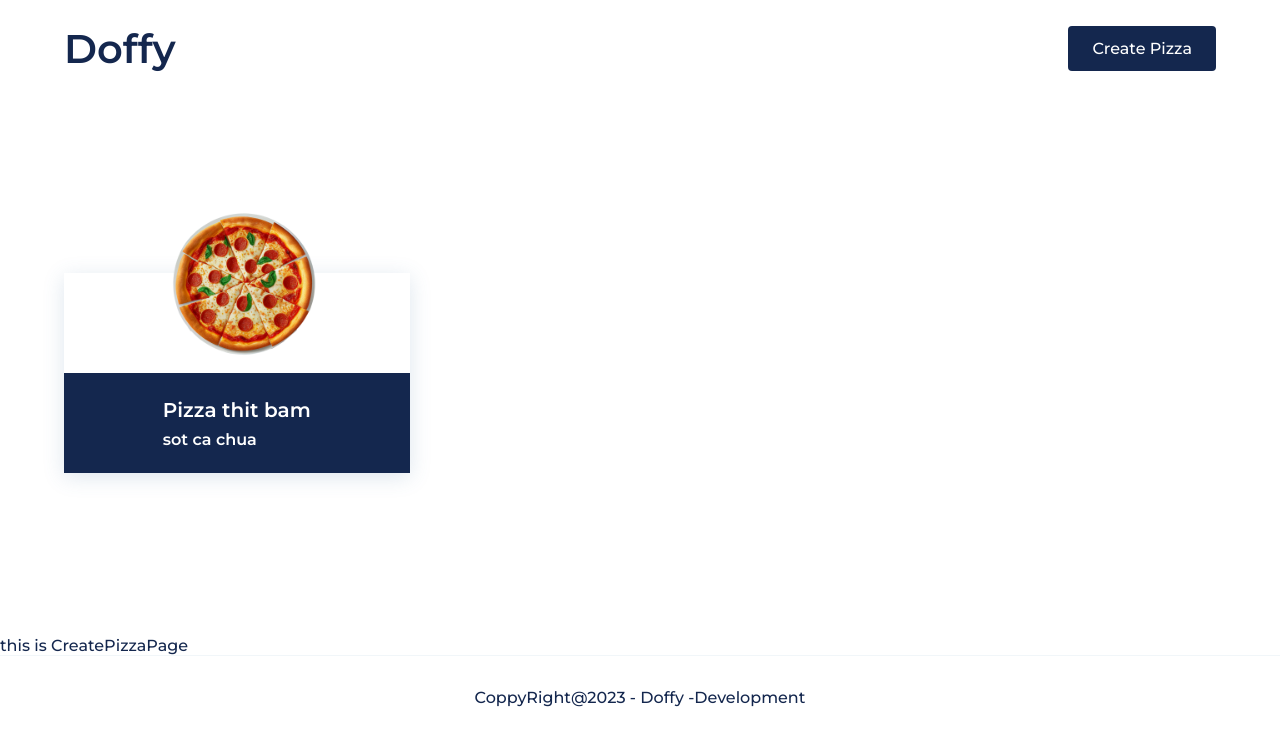
Repository: 16-Doffy/Pizza-Store
Page: /
The author's editor kept a copy of each file at every save. The page is drawn from the files as they stood at one save, then again after the next save.
The browser window is 1280 px wide. The pictures show the whole page.
An inner scrolling area shows only its first screen. The project was rebuilt for these pictures with package versions that can differ from the ones it lists, and the page was loaded fresh each time. Also part of the build but not shown: webpack.config.js.

Above is the page before, as saved 2025-02-06 22:37:16.

After the next save:
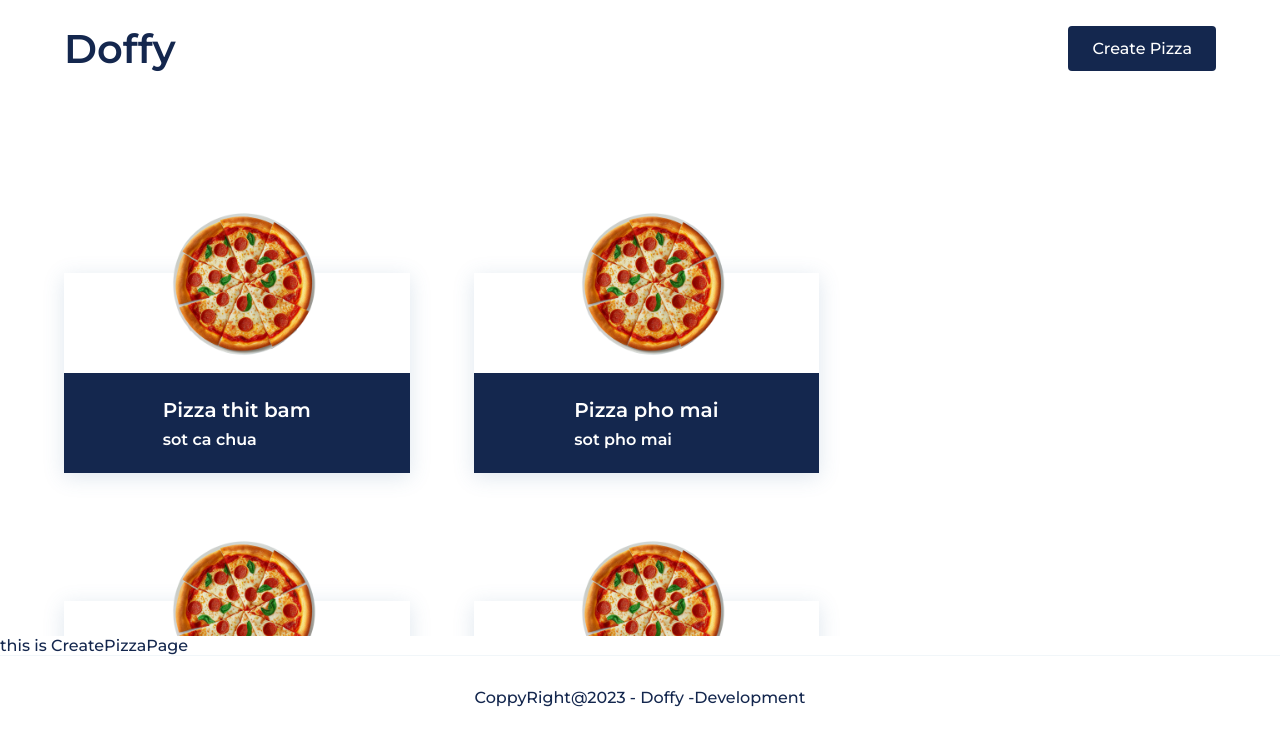
Saved 98 s later.
--- a/src/pages/HomePage.tsx
+++ b/src/pages/HomePage.tsx
@@ -12,6 +12,9 @@ const HomePage = () => {
   return (
     <div style={{ height: "calc(100vh - 309px)", padding: "4rem 4rem", overflow: "auto" }}>
       <div className="wrapper-card-items">
+        {
+            pizzas.map(item => <CardPizza id={item.id} title={item.title} description={item.description} />)
+        }
             <CardPizza title="Pizza thit bam" description="sot ca chua"/>
       </div>
     </div>
